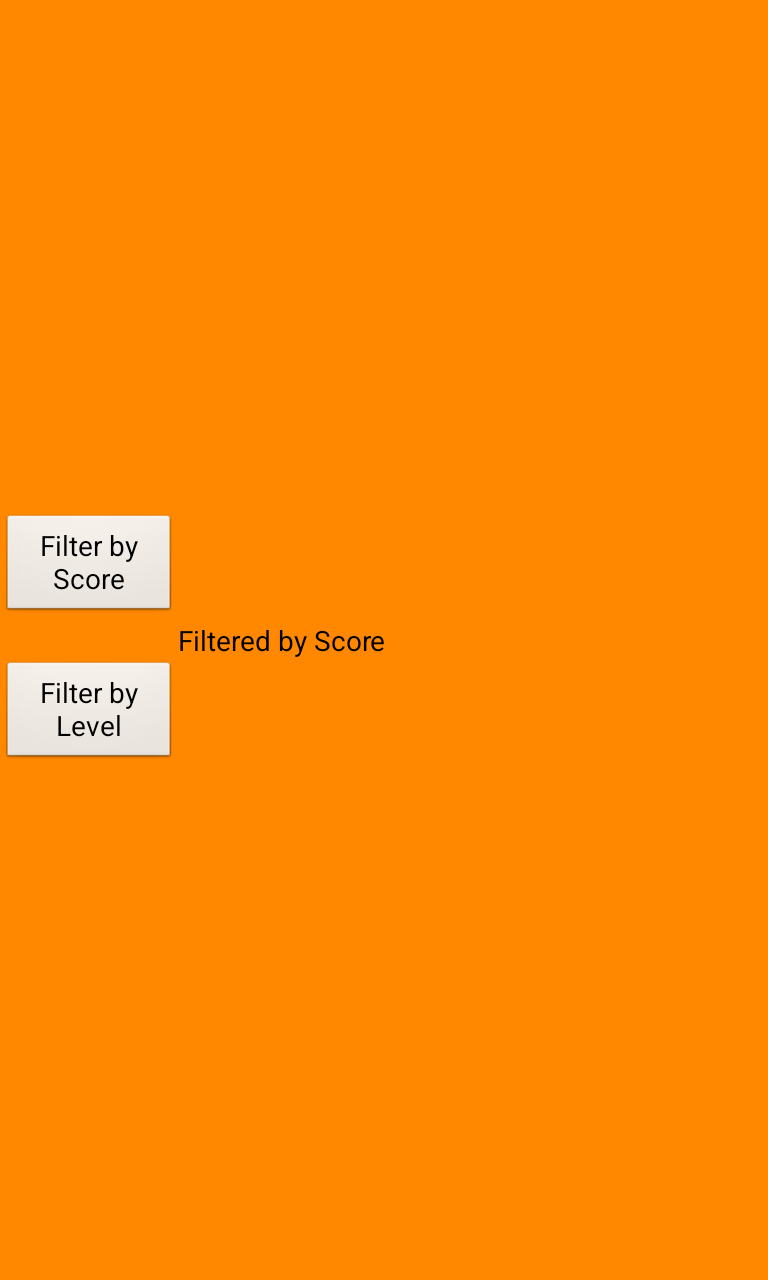
Repository: valleskeyp/IADHub
Layout: MGDGame-android/res/layout/main.xml
These files come from the project's save history. The layout is drawn as it stood at one moment and after the next save; the edit follows.
It is drawn on a 768 x 1280 px phone screen (xhdpi) without system bars, with theme android:Theme.NoTitleBar.Fullscreen; the app's code is not run. Lists and similar views that code fills are empty.

Above is the layout before, as saved 2013-07-29 23:12:39.

After the next save:
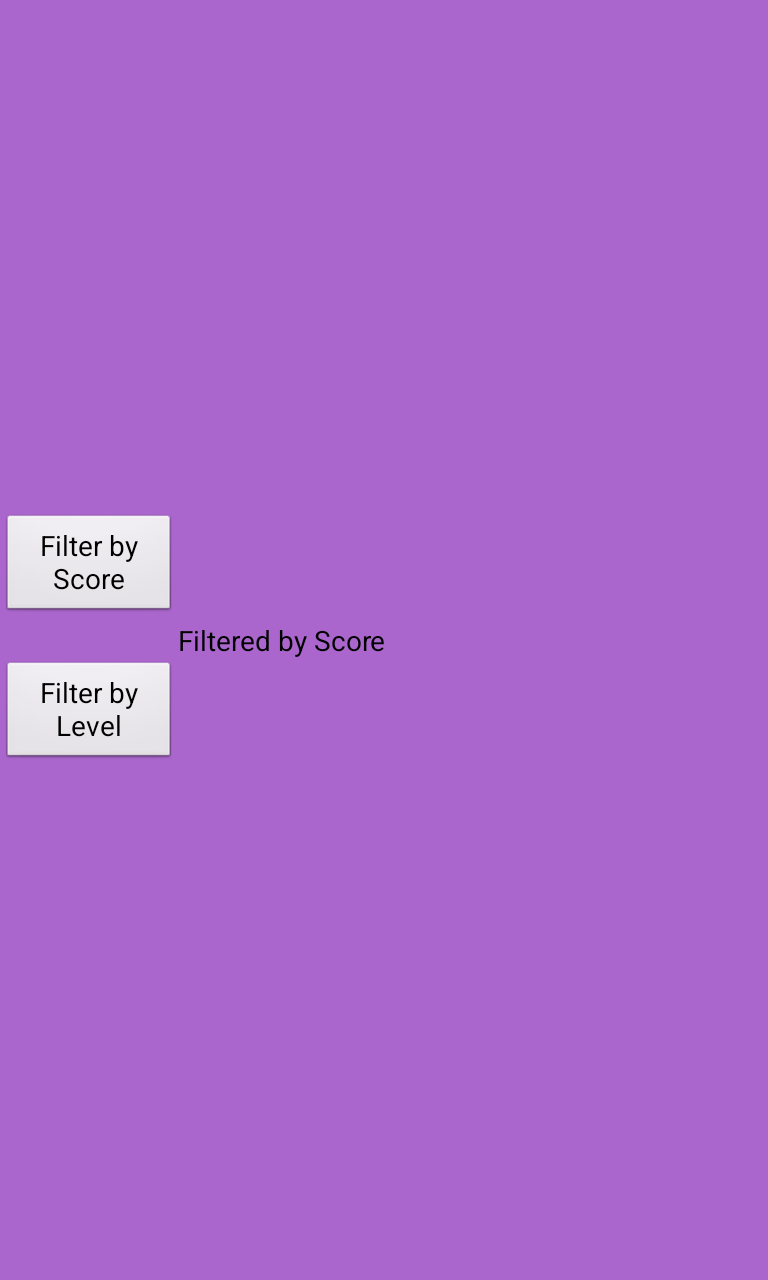
Saved 23 s later.
--- a/MGDGame-android/res/layout/main.xml
+++ b/MGDGame-android/res/layout/main.xml
@@ -3,7 +3,7 @@
     android:layout_width="fill_parent"
     android:layout_height="fill_parent"
     android:orientation="horizontal"
-    android:background="@android:color/holo_orange_dark" >
+    android:background="@android:color/holo_purple" >
 
 	<LinearLayout
 	    android:layout_width="wrap_content"
